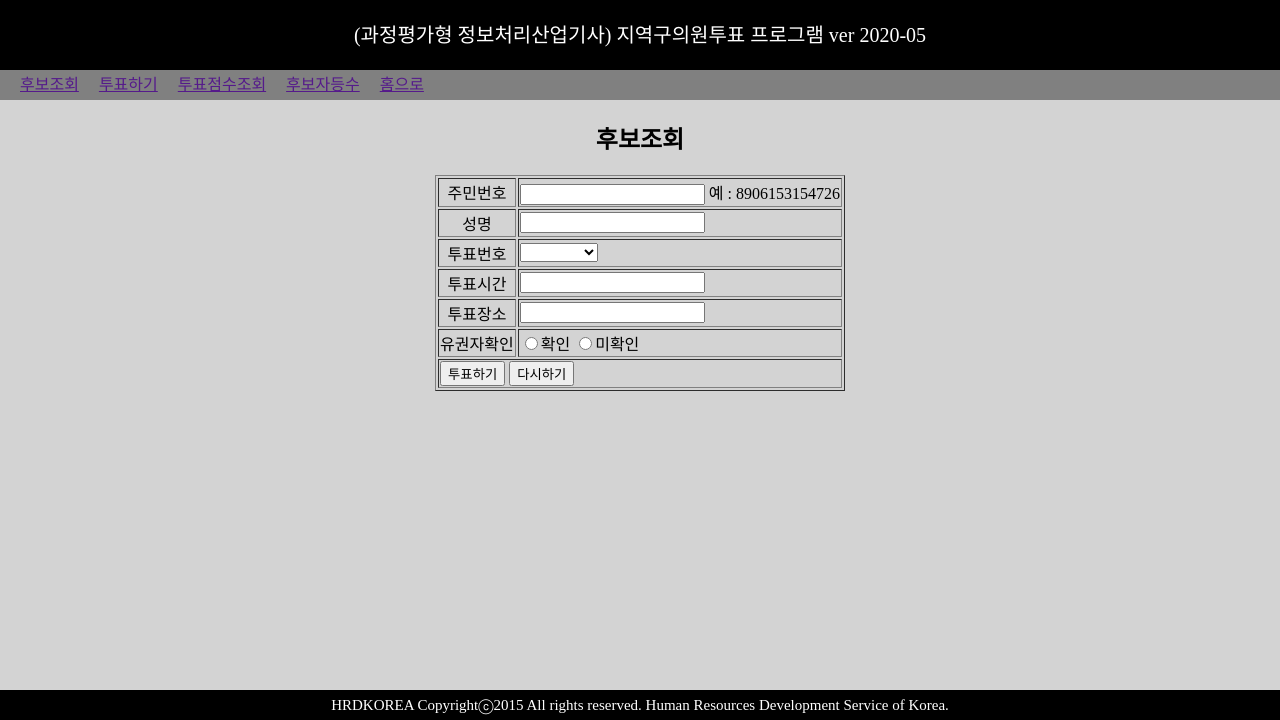
Repository: alsco727/JSP
Page: http://localhost/HRD_2207/vote.jsp
These files come from the project's save history. The page is drawn as it stood at one moment and after the next save; the edit follows.
The browser window is 1280 px wide. The pictures show the whole page.
The page is served by Tomcat 9.

Above is the page before, as saved 2022-08-29 10:42:43.

After the next save:
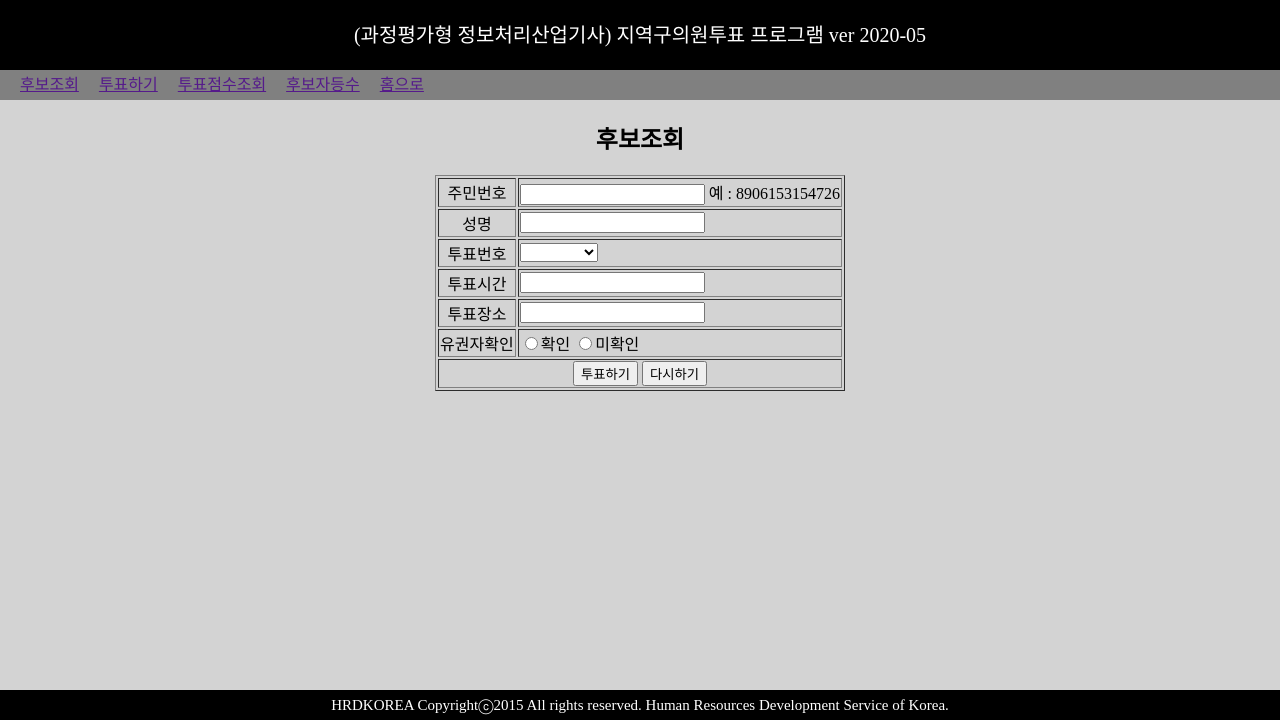
Saved 10 s later.
--- a/information_Processing/JSP과제4/HRD_2207/src/main/webapp/vote.jsp
+++ b/information_Processing/JSP과제4/HRD_2207/src/main/webapp/vote.jsp
@@ -45,7 +45,7 @@
 	<td style="text-align:center">유권자확인</td>
 	<td><input type="radio">확인 <input type="radio">미확인</td>
 </tr>
-<tr>
+<tr style="text-align:center">
 	<td colspan="2">
 	<input type="button" value="투표하기">
 	<input type="button" value="다시하기">
